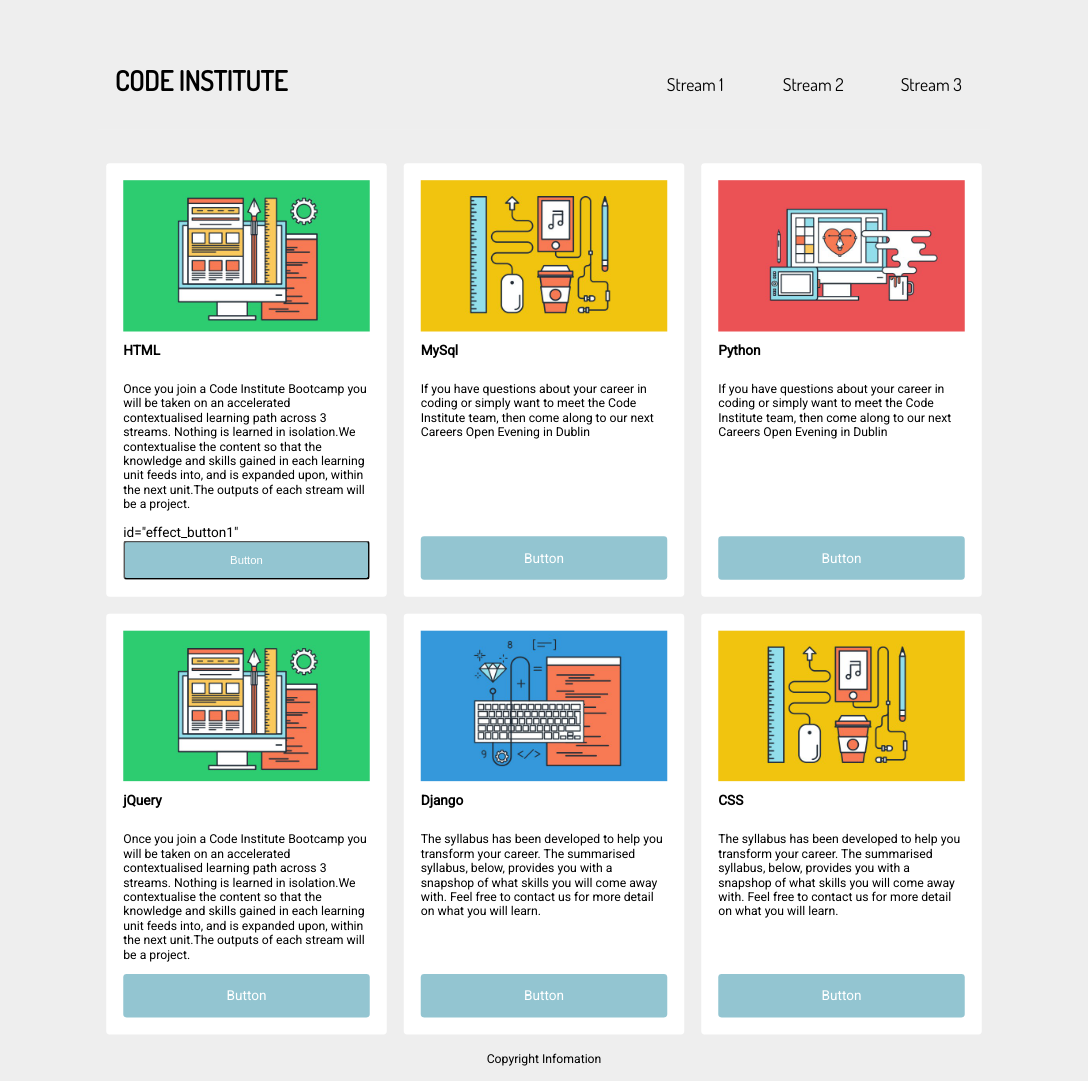
Repository: LivHed/jquery-events
Page: Cards-jquery.html
The author's editor kept a record of every edit. The page is drawn from the files as they stood at one moment, then again after the next edit.
The browser window is 1280 px wide. The pictures show the whole page, at 85% of full size.
Some web libraries are served in a nearby version.

Above is the page before.

### Cards-jquery.html
<!doctype html>
<html>
<head>
	<meta charset="utf-8" />
	<meta name="viewport" content="width=device-width, initial-scale=1">
	<title>jQuery</title>
	<link href="css/style.css" rel="stylesheet">
	<link href='https://fonts.googleapis.com/css?family=Roboto' rel='stylesheet' type='text/css'>
	<link href='https://fonts.googleapis.com/css?family=Dosis' rel='stylesheet' type='text/css'>
</head>
<body>
	<div id="container">
		<nav>
			<ul>
				<li id="logoNav">CODE INSTITUTE</li>
				<li id="stream1_btn">Stream 1</li>
				<li id="stream2_btn">Stream 2</li>
				<li id="stream3_btn">Stream 3</li>
			</ul>
		</nav>
		<div class="card stream1">
			<img class="card_image"src="img/3.png">
			<div class="card_bottom">
				<h2 id="hr_html"class="card_head" >HTML</h2>
				<p class="card_para">Once you join a Code Institute Bootcamp you will be taken on an accelerated contextualised learning path across 3 streams. Nothing is learned in isolation.We contextualise the content so that the knowledge and skills gained in each learning unit feeds into, and is expanded upon, within the next unit.The outputs of each stream will be a project.
				</p> id="effect_button1"
				<button class="bottom_button">Button</button>
			</div>
		</div>
		<div class="card stream3">
			<img class="card_image "src="img/1.png">
			<h2  id="hr_mysql"class="card_head">MySql</h2>
			<p class="card_para">If you have questions about your career in coding or simply want to meet the Code Institute team, then come along to our next Careers Open Evening in Dublin</p>
			<a href="" class="bottom_button">Button</a>
		</div>

		<div class="card stream2">
			<img class="card_image "src="img/2.png">
			<h2 id="hr_python" class="card_head">Python</h2>
			<p class="card_para">If you have questions about your career in coding or simply want to meet the Code Institute team, then come along to our next Careers Open Evening in Dublin</p>
			<a href="" class="bottom_button">Button</a>
		</div>
		<div class="card stream1">
			<img class="card_image"src="img/3.png">
			<div class="card_bottom">
				<h2 id="hr_jquery" class="card_head">jQuery</h2>
				<p class="card_para">Once you join a Code Institute Bootcamp you will be taken on an accelerated contextualised learning path across 3 streams. Nothing is learned in isolation.We contextualise the content so that the knowledge and skills gained in each learning unit feeds into, and is expanded upon, within the next unit.The outputs of each stream will be a project. </p>
				<a href="" class="bottom_button">Button</a>
			</div>
		</div>
		<div class="card stream3">
			<img class="card_image"src="img/4.png">
			<h2 id="hr_django" class="card_head">Django</h2>
			<p class="card_para">The syllabus has been developed to help you transform your career. The summarised syllabus, below, provides you with a snapshop of what skills you will come away with. Feel free to contact us for more detail on what you will learn.</p>
			<a href="" class="bottom_button">Button</a>
		</div>
		<div class="card stream1">
			<img class="card_image"src="img/1.png">
			<h2 id="hr_css"class="card_head">CSS</h2>
			<p class="card_para">The syllabus has been developed to help you transform your career. The summarised syllabus, below, provides you with a snapshop of what skills you will come away with. Feel free to contact us for more detail on what you will learn.</p>
			<a href="" class="bottom_button">Button</a>
		</div>
		<div id="my_footer">
			<p id="copyright">Copyright Infomation</p>
		</div>
	</div>
	<script
	src="https://code.jquery.com/jquery-3.2.1.js"
	integrity="sha256-DZAnKJ/6XZ9si04Hgrsxu/8s717jcIzLy3oi35EouyE="
	crossorigin="anonymous"></script>

	<script src="script.js"></script> <!-- Scripts located at the bottom of the body to insure page is fully loaded before execution -->

</body>
</html>

### style.css
body{
	font-family: 'Roboto', sans-serif;
	/*background-image: url(img/code-institute.jpg);
 	background-size: cover;
 	color: #ffffff;*/
 	background-color: #eee;
}

h1{
	font-size: 3em;
	text-align: center;
}
h2{
	font-size: 1em;
	text-align: left;
}
p{
	font-size: .9rem;
}

div{
	border-radius: 4px;
}

.card_image{
	width: 100%;
}
.bottom_button{
	display: flex;
	box-sizing:border-box;
	border-radius: 4px;
	display: block;
	width: 100%;
	background-color:rgba(129, 187, 201,.85);
	text-align: center;
	padding: 1em .75em;
	text-decoration: none;
	color: #fff;

}

.card_bottom{
	display: flex;
	flex-flow:column;
}
.card_head{
	flex:0;
}
.card_para{
	flex:1 0 auto;
}

#container
{
	display: flex;		/* makes container a flexbox*/
	flex-flow: row wrap; 	/* layout the boxes in rows and wrap them*/
	box-sizing:border-box;
	margin-right:auto;
	margin-left:auto;
	max-width:1050px;
}
#logo{
	width: 800px;
	margin: auto;
}

.card{
	flex:1; /* */
	display: flex;	/* make the contents controllable by flexbox*/
	flex-flow:column;	/* */
	min-width: 240px; /**/
	margin: 10px;
	padding: 20px;
	background-color: #fff;
}
.highlight_stream{
	background-color: #EB5255;
}

#my_footer{
	width:100%;
	text-align: center;
}
#copyright{
	margin-top:10px;
	margin-bottom:10px;

}

/*************************
Navigation

**************************/

nav{
	font-family: roboto;
	background-color: #eee;
	margin: 30px auto;
	width: 100%;
}
ul{
	display: flex;
	justify-content:space-between;
	flex-flow: row;
	/*flex-flow: row-reverse;*/
	/*justify-content:flex-end;*/
	/*justify-content:space-around;*/
	/*align-items:flex-start;*/
	align-items:baseline;
	border-radius: 10px;
	list-style-type: none; /*Remove Bullets*/
	padding: 0;
}
li{
	flex:1;
	height: 30px;
	/*width:10%;*/
	/*border:2px solid #000;*/
	/*background-color: #81BBC9;*/
	/*border-radius: 10px;*/
	font-family: Dosis;
	padding:20px 20px 20px 20px;
	text-align: center;
	font-size: 1.3em;
}

#logoNav{
	flex:6;
	text-align: left;
	font-size: 2em;
	font-weight: bold;
}

.underline{
  text-decoration:underline;
}
.border{
  border: solid 5px #ccc;
}


@media screen and (max-width: 700px){
	ul{
		flex-flow: column;
		align-items:center;
	}
	li{
		font-size: 2em;
	}
}

### script.js
//waits until page is loaded first
$(document).ready(function(){

    //applies colour red to paragraphs when clicked on
    $("p").click(function(){
        $("p").addClass("highlight_text");
    });

    //will add lightblue to h2 elements
    $("h2").hover(function(){
        $("h2").addClass( "h2_color");
    });

    /*
    this will apply larger font size to the active h2 element
    by adding the h2_font_size class but
    not the other h2 elements by removing class h2_font_size from them
    */
    $("#hr_html").hover(function(){
        $("#hr_mysql").removeClass("h2_font_size");
        $("#hr_python").removeClass("h2_font_size");
        $("#hr_jquery").removeClass("h2_font_size");
        $("#hr_django").removeClass("h2_font_size");
        $("#hr_css").removeClass("h2_font_size");
        $("#hr_mysql").removeClass("h2_font_size");
        $("#hr_html").addClass("h2_font_size");
    });

    $("#hr_mysql").hover(function(){
        $("#hr_python").removeClass("h2_font_size");
        $("#hr_jquery").removeClass("h2_font_size");
        $("#hr_django").removeClass("h2_font_size");
        $("#hr_css").removeClass("h2_font_size");
        $("#hr_html").removeClass("h2_font_size");
        $("#hr_mysql").addClass("h2_font_size");
    });

    $("#hr_python").hover(function(){
        $("#hr_mysql").removeClass("h2_font_size");
        $("#hr_jquery").removeClass("h2_font_size");
        $("#hr_django").removeClass("h2_font_size");
        $("#hr_css").removeClass("h2_font_size");
        $("#hr_html").removeClass("h2_font_size");
        $("#hr_python").addClass("h2_font_size");
    });

    $("#hr_jquery").hover(function(){
        $("#hr_mysql").removeClass("h2_font_size");
        $("#hr_python").removeClass("h2_font_size");
        $("#hr_django").removeClass("h2_font_size");
        $("#hr_css").removeClass("h2_font_size");
        $("#hr_html").removeClass("h2_font_size");
        $("#hr_jquery").addClass("h2_font_size");
    });

    $("#hr_django").hover(function(){
        $("#hr_mysql").removeClass("h2_font_size");
        $("#hr_python").removeClass("h2_font_size");
        $("#hr_jquery").removeClass("h2_font_size");
        $("#hr_css").removeClass("h2_font_size");
        $("#hr_html").removeClass("h2_font_size");
        $("#hr_django").addClass("h2_font_size");
    });

    $("#hr_css").hover(function(){
        $("#hr_mysql").removeClass("h2_font_size");
        $("#hr_python").removeClass("h2_font_size");
        $("#hr_jquery").removeClass("h2_font_size");
        $("#hr_django").removeClass("h2_font_size");
        $("#hr_html").removeClass("h2_font_size");
        $("#hr_css").addClass("h2_font_size");
    });

    //applies colour black to body background when mouse enters over buttons
    $(".bottom_button").mouseenter(function(){
        $("body").css( "background-color", "black");
    });

    //applies colour grey to body background when mouse leaves buttons
    $(".bottom_button").mouseleave(function(){
        $("body").css( "background-color", "#eee");
    });
});

After the next edit:
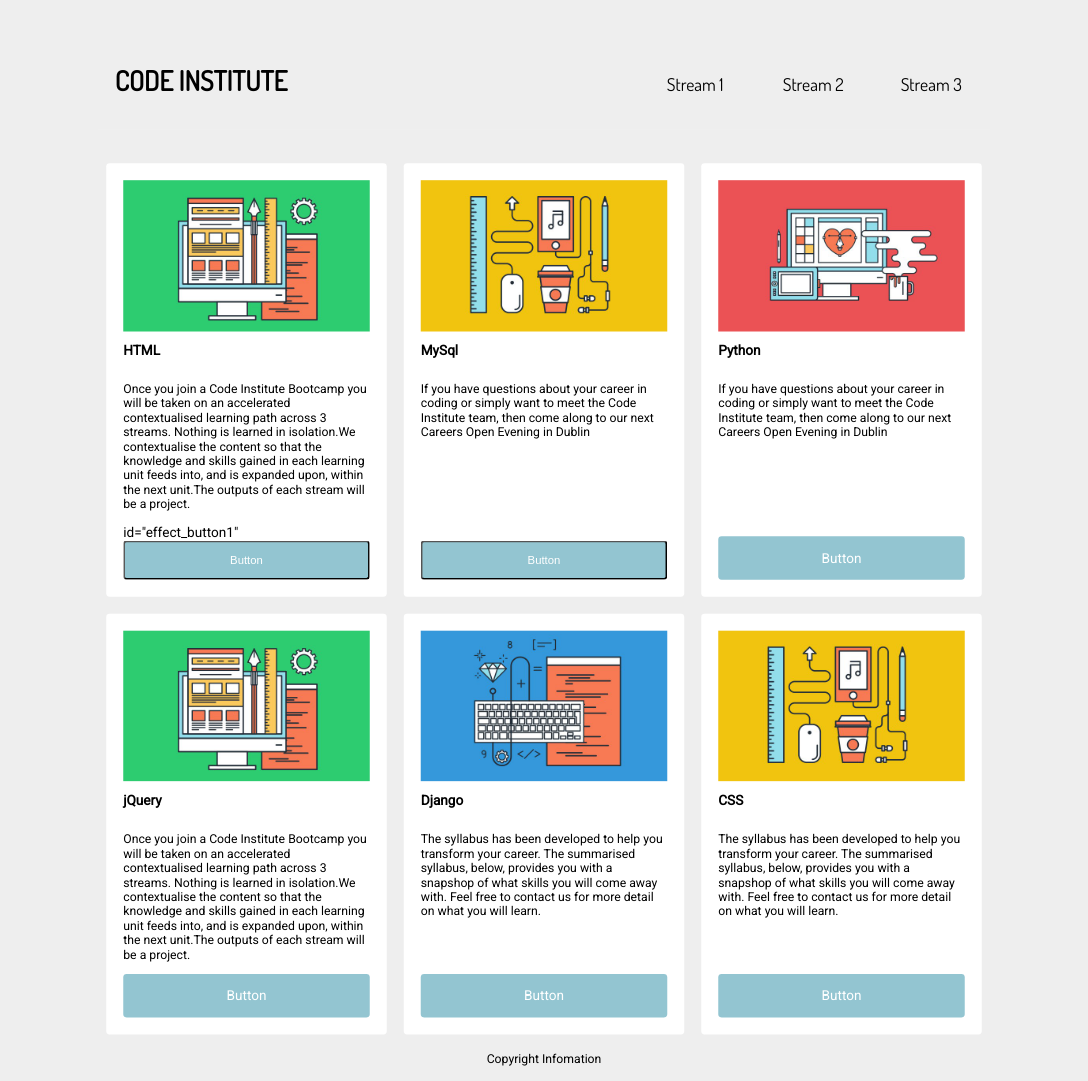
The edit:
--- a/Cards-jquery.html
+++ b/Cards-jquery.html
@@ -31,7 +31,7 @@
 			<img class="card_image "src="img/1.png">
 			<h2  id="hr_mysql"class="card_head">MySql</h2>
 			<p class="card_para">If you have questions about your career in coding or simply want to meet the Code Institute team, then come along to our next Careers Open Evening in Dublin</p>
-			<a href="" class="bottom_button">Button</a>
+			<button class="bottom_button">Button</button>
 		</div>
 
 		<div class="card stream2">
